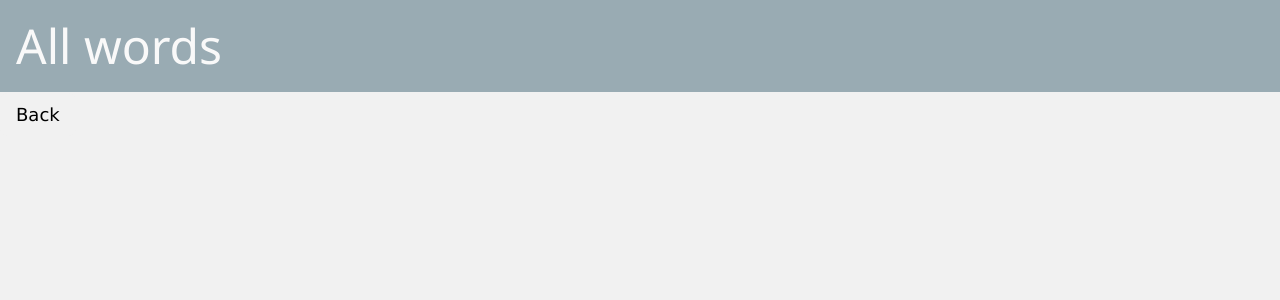
Repository: OleksandrDoskaliukKN313/IIC
Page: http://localhost/WebDictionary/allWords
These files come from the project's save history. The page is drawn as it stood at one moment and after the next save; the edit follows.
The browser window is 1280 px wide. The pictures show the whole page.
The page is served by Tomcat 9. Other server files are loaded and not shown. Queries for data that is not in the repository find no rows.

Above is the page before, as saved 2020-10-12 10:13:57.

### WebDictionary/WebContent/allWords.jsp
<%@page import="java.io.PrintWriter"%>
<%@page import="java.sql.ResultSet"%>
<%@ page language="java" contentType="text/html; charset=utf-8"
    pageEncoding="ISO-8859-1"%>

<%@page import = "database.DatabaseFacade" %>
<!DOCTYPE html>
<html>
<head>
<meta charset="UTF-8">
<title>All words</title>
<link rel="stylesheet" href="w3.css">
</head>
<body class="w3-light-grey ">
<div class="w3-container w3-blue-grey w3-opacity w3-left-align 	">
        <h1 class = "w3-xxxlarge">All words</h1>
    </div>
    <div class = "w3-xlarge w3-container w3-center">
    <%

	ResultSet resultSet = DatabaseFacade.getStatment().executeQuery("SELECT * FROM words.words");
	while(resultSet.next())
	{
		out.println(resultSet.getString(1) + " - " + resultSet.getString(2)+"<br>");
	}

%>

</div>
<button class="w3-btn w3-hover-red w3-round-large w3-large  w3-center" onclick="location.href='index.html'">Back</button>
</body>
</html>

### WebDictionary/src/servlets/AllWords.java
package servlets;

import java.io.IOException;

import javax.servlet.RequestDispatcher;
import javax.servlet.ServletException;
import javax.servlet.http.HttpServlet;
import javax.servlet.http.HttpServletRequest;
import javax.servlet.http.HttpServletResponse;

import org.omg.CORBA.Request;

/**
 * Servlet implementation class AllWords
 */
public class AllWords extends HttpServlet {
	@Override
	protected void doGet(HttpServletRequest req, HttpServletResponse resp) throws ServletException, IOException {

		RequestDispatcher requestDispatcher =req.getRequestDispatcher("allWords.jsp");

		requestDispatcher.forward(req, resp);
	}

}

### WebDictionary/src/database/DatabaseFacade.java
package database;


import java.sql.Connection;
import java.sql.DriverManager;
import java.sql.SQLException;
import java.sql.Statement;

public class DatabaseFacade {
	private static Statement statement=null;
	private DatabaseFacade() {
		getStatment();
	}

	public static Statement getStatment()
	{
		if(statement==null)
		{
			try
			{
				Connection connection = DriverManager.getConnection("jdbc:postgresql://localhost:5432/dictionary","postgres","1234");
				statement = connection.createStatement();
				return statement;

			} catch (SQLException e) {

				System.out.println("Connection Failure!");
				e.printStackTrace();
				return null;
			}
		}
		else return statement;

	}
}

Loaded but not shown: WebDictionary/WebContent/w3.css (library)

After the next save:
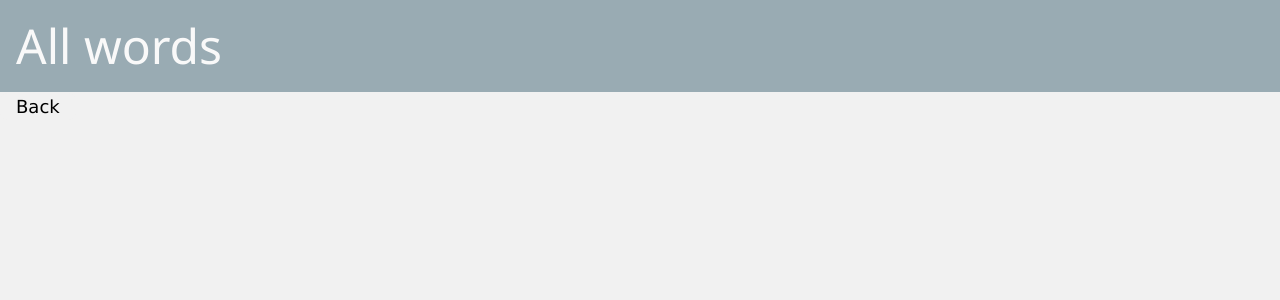
Saved 12 s later.
--- a/WebDictionary/WebContent/allWords.jsp
+++ b/WebDictionary/WebContent/allWords.jsp
@@ -27,6 +27,6 @@
 %>
 
 </div>
-<button class="w3-btn w3-hover-red w3-round-large w3-large  w3-center" onclick="location.href='index.html'">Back</button>
+<button class="w3-btn w3-hover-red w3-round-large w3-large w3-container w3-center" onclick="location.href='index.html'">Back</button>
 </body>
 </html>
